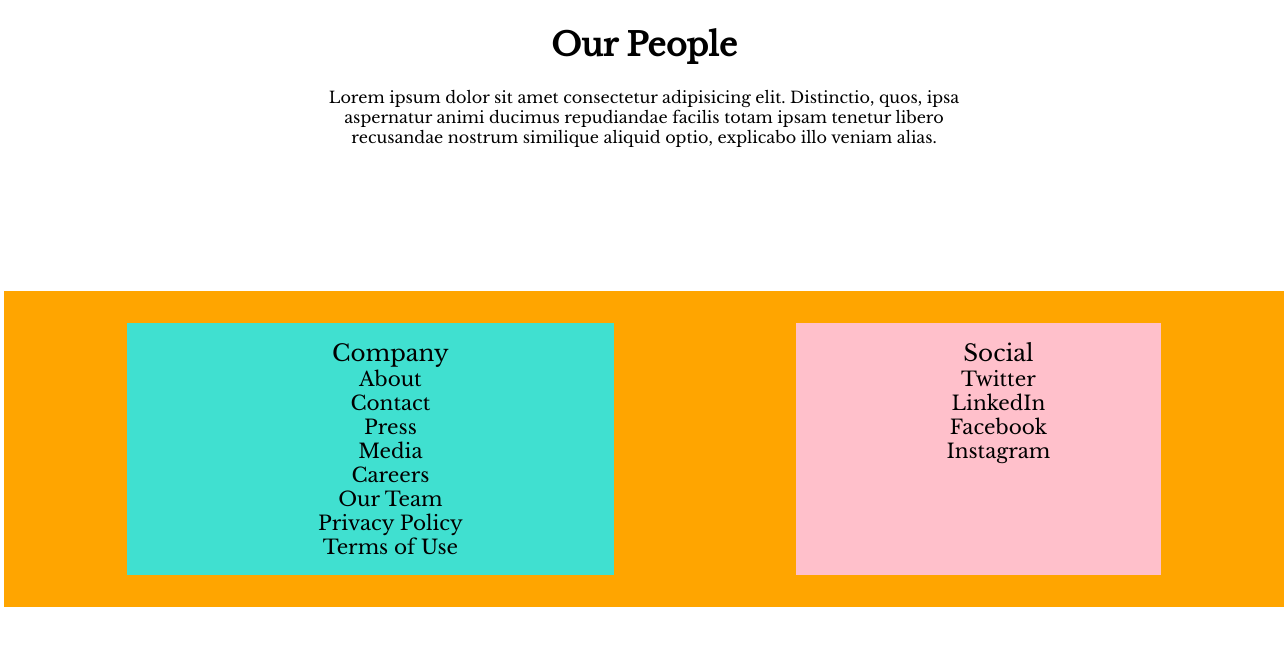
Repository: Tsardines/app
Page: / (app in my-app/)
The author's editor kept a copy of each file at every save. The page is drawn from the files as they stood at one save, then again after the next save.
The browser window is 1280 px wide. The page is 1288 px wide, so the pictures cover 1288 px, including what lies to the right of the window. The pictures show the whole page.
The page's requests for data from a server got no answer. The project was rebuilt for these pictures with package versions that can differ from the ones it lists, and the page was loaded fresh each time. No one was signed in, and anything a server would have sent is missing.

Above is the page before, as saved 2018-11-14 19:12:54.

After the next save:
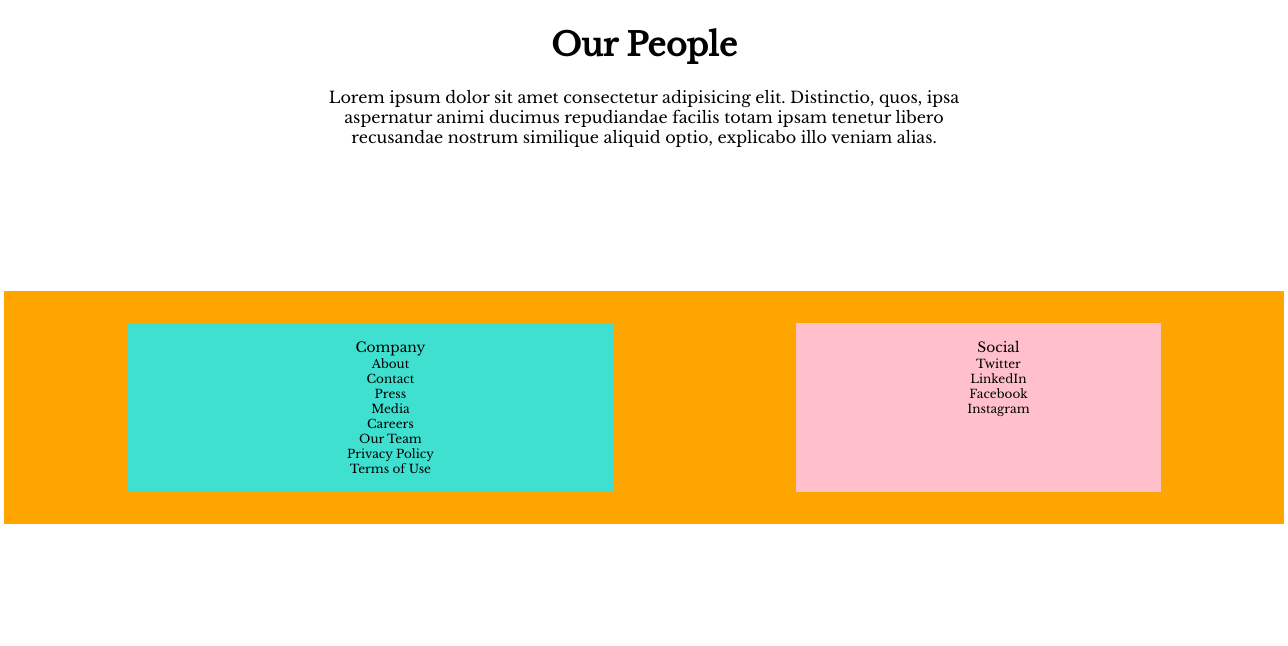
Saved 7 s later.
--- a/my-app/src/components/Footer.css
+++ b/my-app/src/components/Footer.css
@@ -8,7 +8,7 @@
 }
 
 .left ul li, .right ul li {
-    font-size: 1.25em;
+    font-size: 0.75em;
     list-style-type: none;
 }
 
